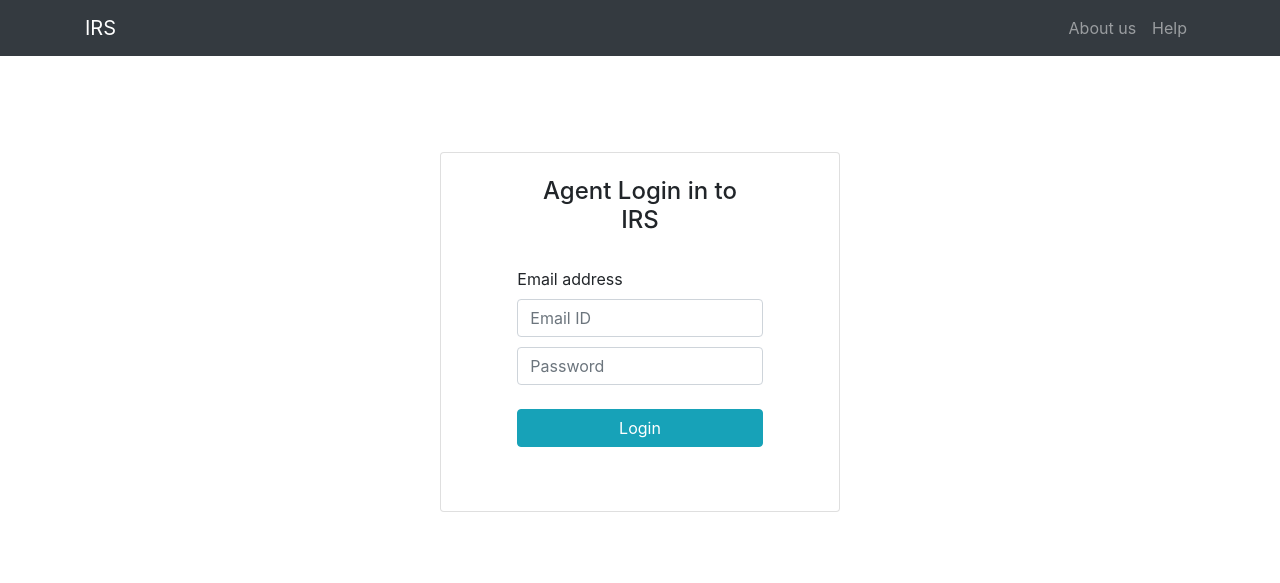
Repository: greeshmavyas/IRS_CS
Page: / (app in AgentManagement/Frontend/)
The author's editor kept a copy of each file at every save. The page is drawn from the files as they stood at one save, then again after the next save.
The browser window is 1280 px wide. The pictures show the whole page.
Some web libraries are served in a nearby version. The project was rebuilt for these pictures with package versions that can differ from the ones it lists, and the page was loaded fresh each time. Also part of the build but not shown: AgentManagement/Frontend/src/components/NavbarDash.js, AgentManagement/Frontend/src/components/Sidebar.js, AgentManagement/Frontend/src/components/Dashboard.js, AgentManagement/Frontend/src/components/Settings.js, AgentManagement/frontend/src/App.css.

Above is the page before, as saved 2020-10-26 16:47:50.

### AgentManagement/frontend/public/index.html
<!DOCTYPE html>
<html lang="en">
  <head>
    <meta charset="utf-8" />
    <link rel="icon" href="%PUBLIC_URL%/favicon.ico" />
    <meta name="viewport" content="width=device-width, initial-scale=1" />
    <meta name="theme-color" content="#000000" />
    <meta
      name="description"
      content="Web site created using create-react-app"
    />
    <link rel="apple-touch-icon" href="%PUBLIC_URL%/logo192.png" />
    <!--
      manifest.json provides metadata used when your web app is installed on a
      user's mobile device or desktop. See https://developers.google.com/web/fundamentals/web-app-manifest/
    -->
    <link rel="manifest" href="%PUBLIC_URL%/manifest.json" />
    <link rel="stylesheet" href="https://stackpath.bootstrapcdn.com/bootstrap/4.4.1/css/bootstrap.min.css"
      integrity="sha384-Vkoo8x4CGsO3+Hhxv8T/Q5PaXtkKtu6ug5TOeNV6gBiFeWPGFN9MuhOf23Q9Ifjh" crossorigin="anonymous">
    <script src="https://kit.fontawesome.com/db1fc867ad.js" crossorigin="anonymous"></script>
    <!--
      Notice the use of %PUBLIC_URL% in the tags above.
      It will be replaced with the URL of the `public` folder during the build.
      Only files inside the `public` folder can be referenced from the HTML.

      Unlike "/favicon.ico" or "favicon.ico", "%PUBLIC_URL%/favicon.ico" will
      work correctly both with client-side routing and a non-root public URL.
      Learn how to configure a non-root public URL by running `npm run build`.
    -->
    <title>React App</title>
  </head>
  <body>
    <noscript>You need to enable JavaScript to run this app.</noscript>
    <div id="root"></div>
    <script src="https://code.jquery.com/jquery-3.4.1.slim.min.js"
      integrity="sha384-J6qa4849blE2+poT4WnyKhv5vZF5SrPo0iEjwBvKU7imGFAV0wwj1yYfoRSJoZ+n" crossorigin="anonymous"></script>
    <script src="https://cdn.jsdelivr.net/npm/popper.js@1.16.0/dist/umd/popper.min.js"
      integrity="sha384-Q6E9RHvbIyZFJoft+2mJbHaEWldlvI9IOYy5n3zV9zzTtmI3UksdQRVvoxMfooAo" crossorigin="anonymous"></script>
    <script src="https://stackpath.bootstrapcdn.com/bootstrap/4.4.1/js/bootstrap.min.js"
      integrity="sha384-wfSDF2E50Y2D1uUdj0O3uMBJnjuUD4Ih7YwaYd1iqfktj0Uod8GCExl3Og8ifwB6" crossorigin="anonymous"></script>
    <!--
      This HTML file is a template.
      If you open it directly in the browser, you will see an empty page.

      You can add webfonts, meta tags, or analytics to this file.
      The build step will place the bundled scripts into the <body> tag.

      To begin the development, run `npm start` or `yarn start`.
      To create a production bundle, use `npm run build` or `yarn build`.
    -->
  </body>
</html>

### AgentManagement/Frontend/src/App.js
import React from 'react';
import { BrowserRouter } from 'react-router-dom';
import Main from "./Main"
import './App.css';

function App() {
  return (
    <div>
      <BrowserRouter>
        <Main />
      </BrowserRouter>
    </div>
  );
}

export default App;

### AgentManagement/Frontend/src/Main.js
import React, { Component } from 'react';
import { Route } from 'react-router-dom';
import login from './components/login';
import Dashboard from './components/Dashboard';
import Settings from './components/Settings';

 class Main extends Component {
    render() {
        return (
          <div>
            <Route exact path="/" component={login} />
            <Route exact path="/dashboard" component={Dashboard} />
            <Route exact path="/settings" component={Settings} />
          </div>
        );
    }
}

export default Main;

### AgentManagement/Frontend/src/components/login.js
import React, { Component } from "react";
import Card from 'react-bootstrap/Card'
import NavbarLogin from './NavbarLogin'
import Form from 'react-bootstrap/Form'
import Button from 'react-bootstrap/Button'
import axios from 'axios';
import config from '../config/settings'
import { Redirect } from 'react-router'

class login extends Component {
  constructor() {
    super();
    this.state = {
      emailID: "",
      password: "",
      SignedUpFlag: false,
      message: "",
    }

    this.emailIDChangeHandler = this.emailIDChangeHandler.bind(this)
    this.passwordChangeHandler = this.passwordChangeHandler.bind(this)
    this.submitLogin = this.submitLogin.bind(this)
  }

  emailIDChangeHandler = (e) => {
    var str = (e.target.value).toLowerCase()
    this.setState({
      emailID: str
    })
  }
  passwordChangeHandler = (e) => {
    this.setState({
      password: e.target.value
    })
  }
  submitLogin = (e) => {
    console.log("in submit Login")
    const data = {
      emailId: this.state.emailID,
      password: this.state.password
    }
    console.log("data is..")
    console.log(data);
    e.preventDefault();
    axios.defaults.withCredentials = true;

    axios({
      method: 'post',
      url: 'http://' + config.hostname + ':' + config.backendPort + '/agentLogin',
      params: data,
    })
      .then(response => {
        console.log("Status Code : ", response.status);
        console.log("Response from Sign Up ")
        console.log(response);

        if (response.data.responseMessage === 'Login Successfully') {
          this.setState({
            SignedUpFlag: true
          })
        } else {
          this.setState({
            SignedUpFlag: false,
            message : 'Invalid Credentials'
          })
          console.log(this.state.message)

        }
      }).catch(error => {
        console.log(error);
        this.setState({
          SignedUpFlag: false,
          message : 'Invalid Credentials'
        })
        console.log(this.state.message)
      })
  }

  render() {
    if (this.state.SignedUpFlag === true) {
      return <Redirect to="/AgentDashboard" />
    }
    return (
        <div>
          <NavbarLogin />
          <br></br>
          <br></br>
          <br></br>
          <center>
            <Card style={{ width: '25rem' }}>
              <div className="container">
                <div className="row">
                  <div className="col-md-8 m-auto">
                    <br></br>
                    <h4>Agent Login in to IRS</h4>
                    <br></br>
                    <Form className="input">
                      <Form.Row>
                        <Form.Label>Email address</Form.Label>
                        <Form.Control placeholder="Email ID" onChange={this.emailIDChangeHandler} />
                        <br></br>
                        <br></br>
                        <Form.Control placeholder="Password" type="password" onChange={this.passwordChangeHandler} />
                        <br></br>
                        <Button className="btn btn-info btn-block mt-4" onClick={this.submitLogin} >Login</Button>
                      </Form.Row>
                      <p className="text-danger">{this.state.message}</p>
                      <br></br>
                      <br></br>

                    </Form>
                  </div>
                </div>
              </div>
            </Card>
          </center>
        </div>
      );
  }
}

export default login;

### AgentManagement/Frontend/src/components/NavbarLogin.js
import React, { Component } from 'react';

class NavbarLogin extends Component {

  handleLogout = () => {
    window.localStorage.clear();
  };

  render() {
    return (
      <nav className="navbar navbar-expand-sm navbar-dark bg-dark mb-4">
        <div className="container">
          <a className="navbar-brand" href="/companyDashboard">
            IRS
          </a>
          <button
            className="navbar-toggler"
            type="button"
            data-toggle="collapse"
            data-target="#mobile-nav"
          >
            <span className="navbar-toggler-icon"></span>
          </button>

          <div className="collapse navbar-collapse" id="mobile-nav">

            <ul className="navbar-nav ml-auto">
              <li className="nav-item">
                <a className="nav-link" href="/">
                  About us
                </a>
              </li>
              <li className="nav-item">
                <a className="nav-link" href="/" onClick={this.handleLogout}>
                  Help
                </a>
              </li>
            </ul>
          </div>
        </div>
      </nav>
    );
  }
}

export default NavbarLogin;

### AgentManagement/Frontend/src/config/settings.js
module.exports = {
    "hostname": "localhost",
    "backendPort": 3001,
    'frontendHostName': 'localhost',
    'frontendPort': 3000,
};

Loaded but not shown: AgentManagement/Frontend/src/index.js (common file); AgentManagement/frontend/src/index.css (common file); AgentManagement/frontend/src/serviceWorker.js (common file)

After the next save:
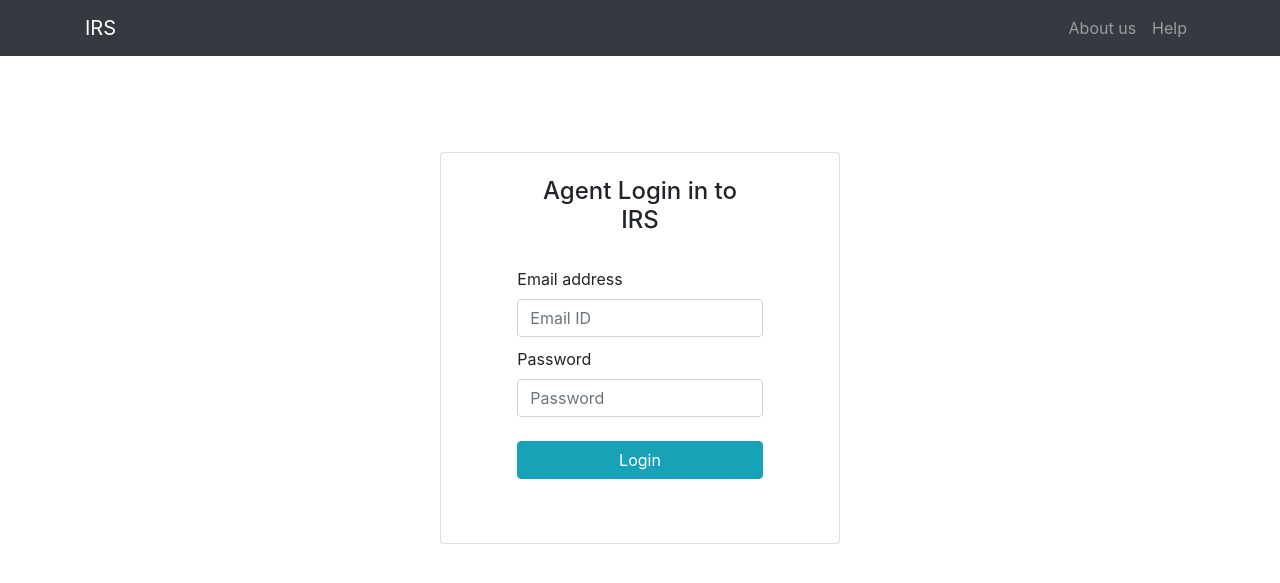
Saved 36 s later.
--- a/AgentManagement/Frontend/src/components/login.js
+++ b/AgentManagement/Frontend/src/components/login.js
@@ -100,6 +100,7 @@ class login extends Component {
                         <Form.Control placeholder="Email ID" onChange={this.emailIDChangeHandler} />
                         <br></br>
                         <br></br>
+                        <Form.Label>Password</Form.Label>
                         <Form.Control placeholder="Password" type="password" onChange={this.passwordChangeHandler} />
                         <br></br>
                         <Button className="btn btn-info btn-block mt-4" onClick={this.submitLogin} >Login</Button>
